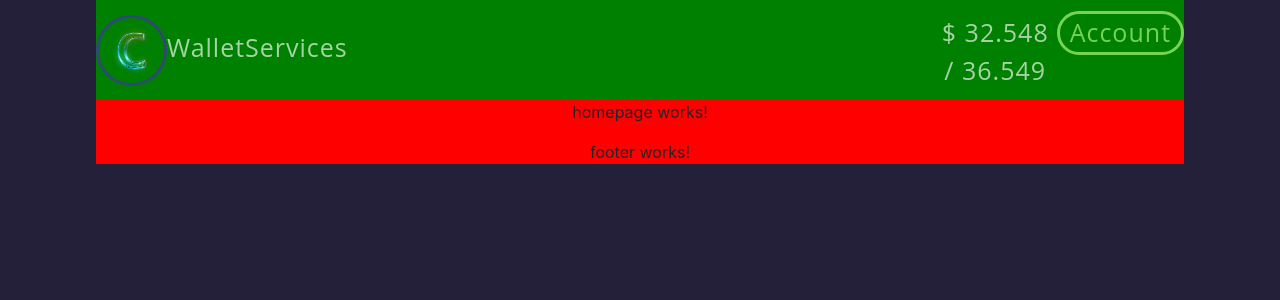
Repository: YuriyBen/Corzbank
Page: / (app in Corzbank.Web/ClientApp/)
These files come from the project's save history. The page is drawn as it stood at one moment and after a run of saves; the edit follows.
The browser window is 1280 px wide. The pictures show the whole page.
The project was rebuilt for these pictures with package versions that can differ from the ones it lists, and the page was loaded fresh each time. Also part of the build but not shown: Corzbank.Web/ClientApp/angular.json.

Above is the page before, as saved 2022-05-19 19:59:48.

After the next 2 saves:
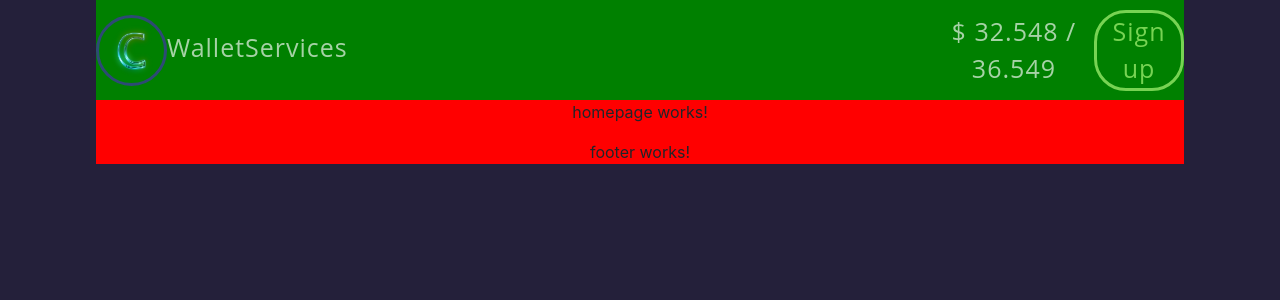
The 2 saves are shown as one change because they came seconds apart.
The last was saved 17 s later.
--- a/Corzbank.Web/ClientApp/src/app/header/header.component.html
+++ b/Corzbank.Web/ClientApp/src/app/header/header.component.html
@@ -11,7 +11,7 @@
             <span>$ 32.548 / 36.549</span>
         </div>
         <div class="account">
-            <p>Account</p>
+            <p>Sign up</p>
         </div>
     </div>
 </div>
